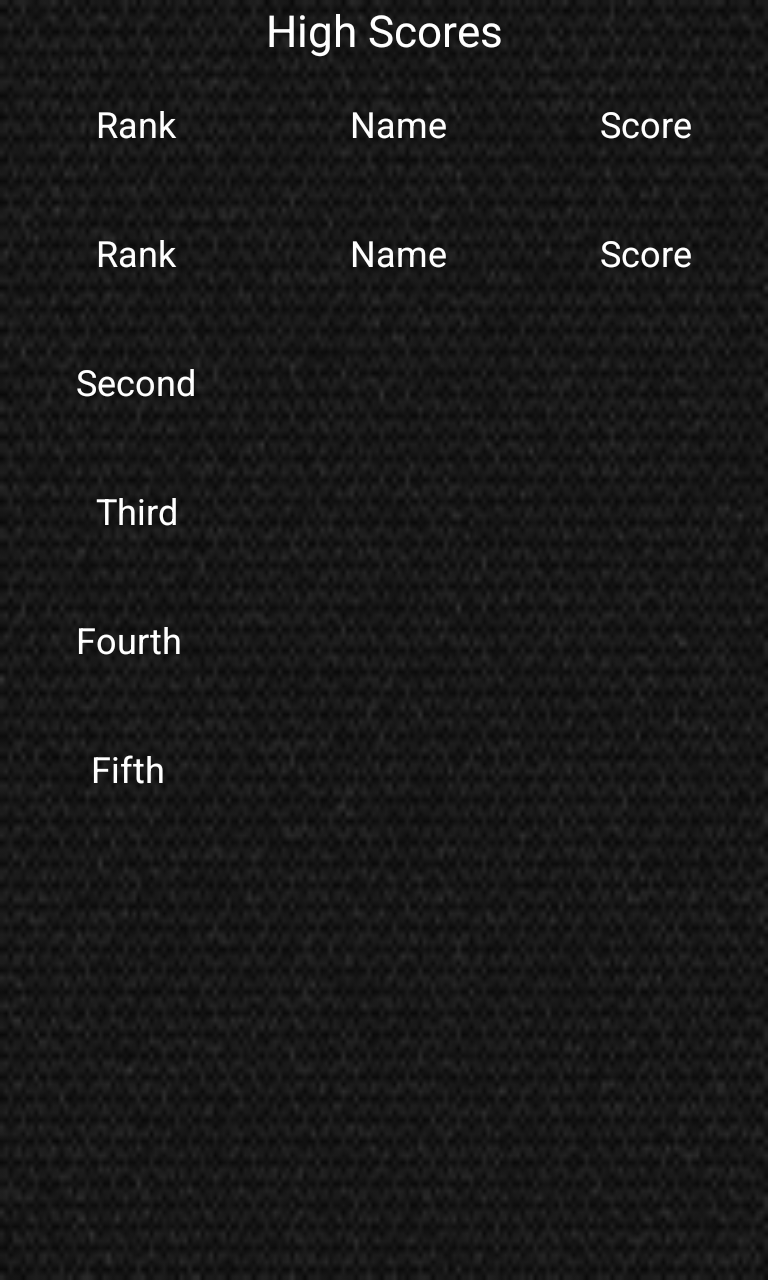
Repository: Tacohen/Killbots
Layout: Killbots/res/layout/high_scores.xml
An editor plug-in stored every save of this project. The layout is shown before and after the next save, followed by the edit.
It is drawn on a 768 x 1280 px phone screen (xhdpi) without system bars, with theme AppTheme; the app's code is not run.

Above is the layout before, as saved 2013-12-08 01:52:13.

### Killbots/res/layout/high_scores.xml
<?xml version="1.0" encoding="utf-8"?>
<LinearLayout xmlns:android="http://schemas.android.com/apk/res/android"
    android:layout_width="match_parent"
    android:layout_height="match_parent"
    android:orientation="vertical"
    android:background="@drawable/binding_dark">

    <TextView
        android:id="@+id/intoText"
        android:layout_width="match_parent"
        android:layout_height="wrap_content"
        android:gravity="center"
        android:text="High Scores"
        android:textAppearance="?android:attr/textAppearanceLarge"
        android:textColor="#FFFFFF" />

    <TableLayout
        android:layout_width="match_parent"
        android:layout_height="wrap_content" >

        <TableRow
            android:id="@+id/tableRow1"
            android:layout_width="wrap_content"
            android:gravity="center_horizontal"
            android:layout_height="wrap_content" >

        <TextView
            android:id="@+id/rankText"
            android:text="Rank"
            android:layout_weight="1"
            android:textAppearance="?android:attr/textAppearanceMedium"
            android:textColor="#FFFFFF"
            android:padding="20dip" android:gravity="center"/>

        <TextView
            android:id="@+id/nameText"
            android:text="Name"
            android:layout_weight="1"
            android:textAppearance="?android:attr/textAppearanceMedium"
            android:textColor="#FFFFFF"
            android:padding="20dip" android:gravity="center"/>


        <TextView
            android:id="@+id/scoreText"
            android:text="Score"
            android:layout_weight="1"
            android:textAppearance="?android:attr/textAppearanceMedium"
            android:textColor="#FFFFFF"
            android:padding="20dip" android:gravity="center"/>
        </TableRow>

        <TableRow
            android:id="@+id/tableRow2"
            android:layout_width="wrap_content"
            android:layout_height="wrap_content" >

            <TextView
            android:id="@+id/rankText1"
            android:text="Rank"
            android:layout_weight="1"
            android:textAppearance="?android:attr/textAppearanceMedium"
            android:textColor="#FFFFFF"
            android:padding="20dip" android:gravity="center"/>

        <TextView
            android:id="@+id/nameText1"
            android:text="Name"
            android:layout_weight="1"
            android:textAppearance="?android:attr/textAppearanceMedium"
            android:textColor="#FFFFFF"
            android:padding="20dip" android:gravity="center"/>


        <TextView
            android:id="@+id/scoreText1"
            android:text="Score"
            android:layout_weight="1"
            android:textAppearance="?android:attr/textAppearanceMedium"
            android:textColor="#FFFFFF"
            android:padding="20dip" android:gravity="center"/>

        </TableRow>

        <TableRow
            android:id="@+id/tableRow3"
            android:layout_width="wrap_content"
            android:layout_height="wrap_content" >

            <TextView
            android:id="@+id/rankText2"
            android:text="Second"
            android:layout_weight="1"
            android:textAppearance="?android:attr/textAppearanceMedium"
            android:textColor="#FFFFFF"
            android:padding="20dip" android:gravity="center"/>

        <TextView
            android:id="@+id/nameText2"
            android:text=""
            android:layout_weight="1"
            android:textAppearance="?android:attr/textAppearanceMedium"
            android:textColor="#FFFFFF"
            android:padding="20dip" android:gravity="center"/>


        <TextView
            android:id="@+id/scoreText2"
            android:text=""
            android:layout_weight="1"
            android:textAppearance="?android:attr/textAppearanceMedium"
            android:textColor="#FFFFFF"
            android:padding="20dip" android:gravity="center"/>
        </TableRow>

        <TableRow
            android:id="@+id/tableRow4"
            android:layout_width="wrap_content"
            android:layout_height="wrap_content" >
        <TextView
            android:id="@+id/rankText3"
            android:text="Third"
            android:layout_weight="1"
            android:textAppearance="?android:attr/textAppearanceMedium"
            android:textColor="#FFFFFF"
            android:padding="20dip" android:gravity="center"/>

        <TextView
            android:id="@+id/nameText3"
            android:text=""
            android:layout_weight="1"
            android:textAppearance="?android:attr/textAppearanceMedium"
            android:textColor="#FFFFFF"
            android:padding="20dip" android:gravity="center"/>


        <TextView
            android:id="@+id/scoreText3"
            android:text=""
            android:layout_weight="1"
            android:textAppearance="?android:attr/textAppearanceMedium"
            android:textColor="#FFFFFF"
            android:padding="20dip" android:gravity="center"/>
        </TableRow>
    </TableLayout>

    <TableRow
        android:id="@+id/tableRow5"
        android:layout_width="match_parent"
        android:layout_height="wrap_content" >

        <TextView
            android:id="@+id/rankText4"
            android:text="Fourth"
            android:layout_weight="1"
            android:textAppearance="?android:attr/textAppearanceMedium"
            android:textColor="#FFFFFF"
            android:padding="20dip" android:gravity="center"/>

        <TextView
            android:id="@+id/nameText4"
            android:text=""
            android:layout_weight="1"
            android:textAppearance="?android:attr/textAppearanceMedium"
            android:textColor="#FFFFFF"
            android:padding="20dip" android:gravity="center"/>


        <TextView
            android:id="@+id/scoreText4"
            android:text=""
            android:layout_weight="1"
            android:textAppearance="?android:attr/textAppearanceMedium"
            android:textColor="#FFFFFF"
            android:padding="20dip" android:gravity="center"/>
    </TableRow>

    <TableRow
        android:id="@+id/tableRow6"
        android:layout_width="match_parent"
        android:layout_height="wrap_content" >

        <TextView
            android:id="@+id/rankText5"
            android:text="Fifth"
            android:layout_weight="1"
            android:textAppearance="?android:attr/textAppearanceMedium"
            android:textColor="#FFFFFF"
            android:padding="20dip" android:gravity="center"/>

        <TextView
            android:id="@+id/nameText5"
            android:text=""
            android:layout_weight="1"
            android:textAppearance="?android:attr/textAppearanceMedium"
            android:textColor="#FFFFFF"
            android:padding="20dip" android:gravity="center"/>


        <TextView
            android:id="@+id/scoreText5"
            android:text=""
            android:layout_weight="1"
            android:textAppearance="?android:attr/textAppearanceMedium"
            android:textColor="#FFFFFF"
            android:padding="20dip" android:gravity="center"/>
    </TableRow>

</LinearLayout>

Loaded but not shown: Killbots/res/values/styles.xml (common file); Killbots/res/values-v11/styles.xml (common file); Killbots/res/values-v14/styles.xml (common file)

After the next save:
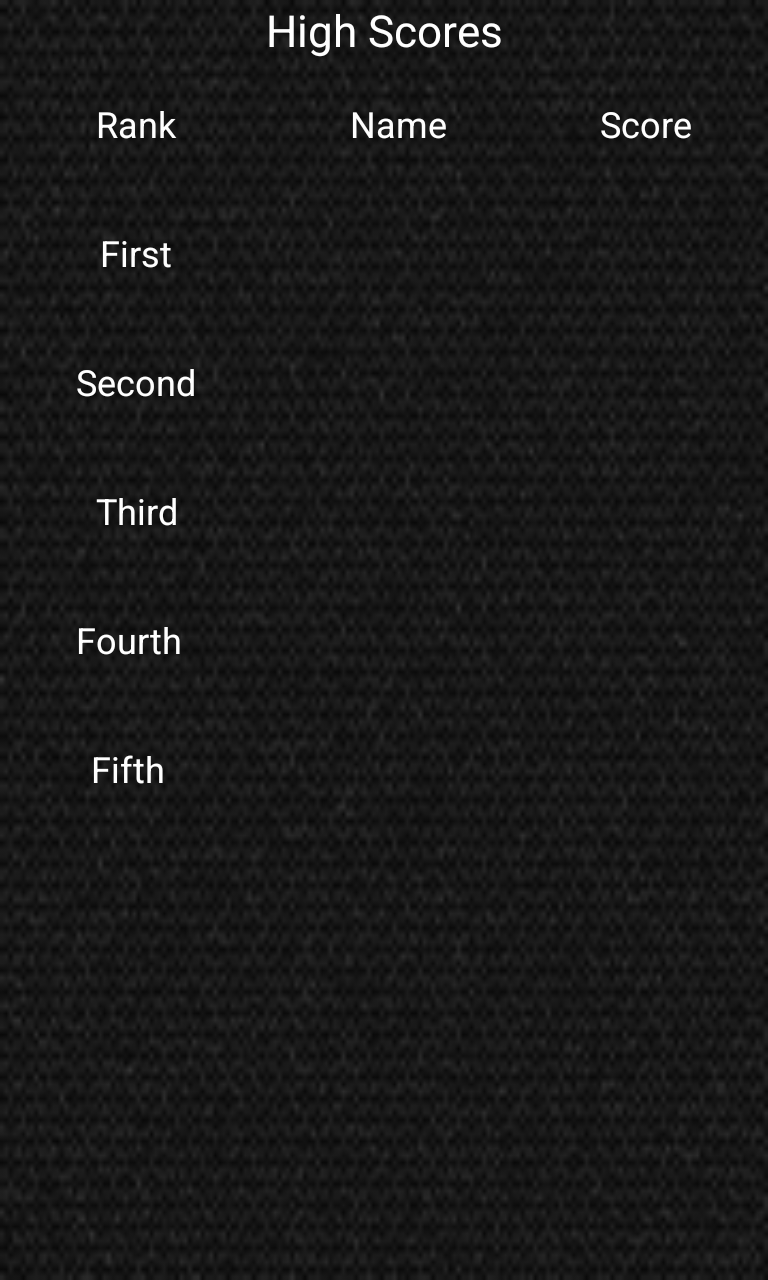
Saved 29 s later.
--- a/Killbots/res/layout/high_scores.xml
+++ b/Killbots/res/layout/high_scores.xml
@@ -57,7 +57,7 @@
 
             <TextView
             android:id="@+id/rankText1"
-            android:text="Rank"
+            android:text="First"
             android:layout_weight="1"
             android:textAppearance="?android:attr/textAppearanceMedium"
             android:textColor="#FFFFFF"
@@ -65,7 +65,7 @@
 
         <TextView
             android:id="@+id/nameText1"
-            android:text="Name"
+            android:text=""
             android:layout_weight="1"
             android:textAppearance="?android:attr/textAppearanceMedium"
             android:textColor="#FFFFFF"
@@ -74,7 +74,7 @@
 
         <TextView
             android:id="@+id/scoreText1"
-            android:text="Score"
+            android:text=""
             android:layout_weight="1"
             android:textAppearance="?android:attr/textAppearanceMedium"
             android:textColor="#FFFFFF"
